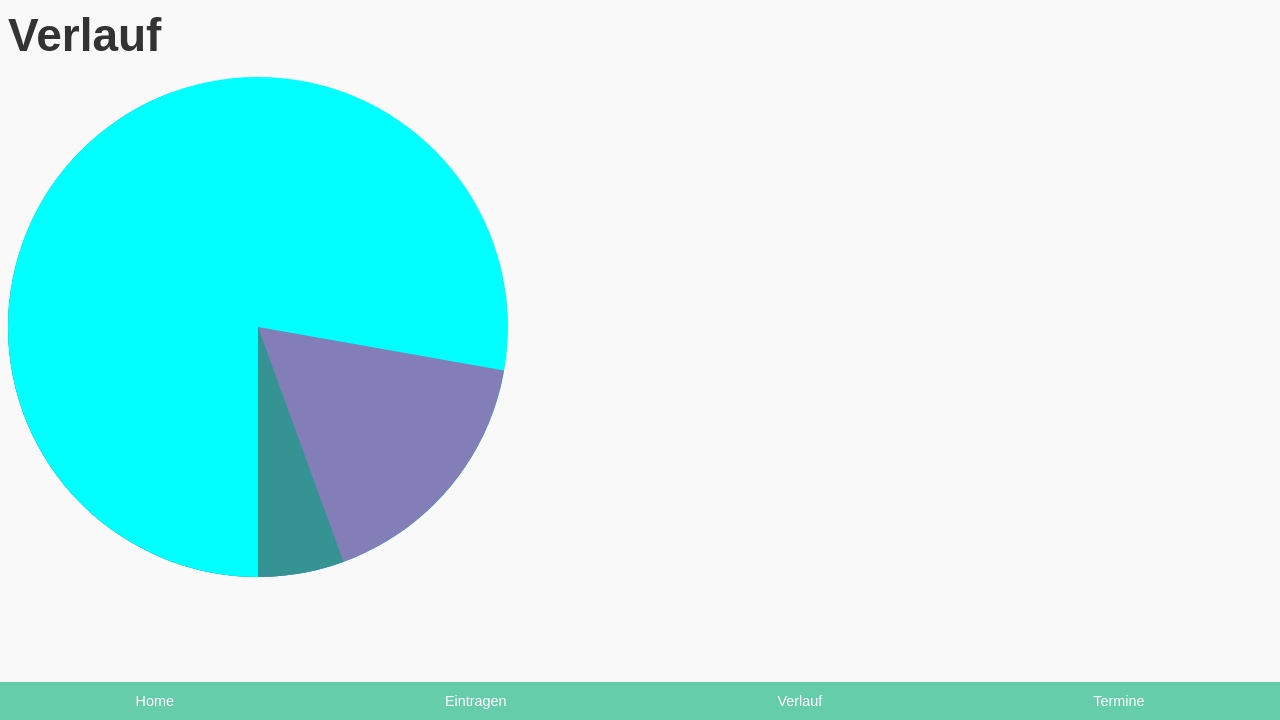
Repository: jakemoes/Pet-Tracker
Page: PWA/trend.html
The author's editor kept a copy of each file at every save. The page is drawn from the files as they stood at one save, then again after the next save.
The browser window is 1280 px wide. The pictures show the whole page.

Above is the page before, as saved 2024-12-05 01:24:52.

### PWA/trend.html
<!DOCTYPE html>
<html>
    <head>
        <meta charset="UTF-8">
        <meta name="viewport" content="width=device-width, initial-scale=1.0">
        <title>Verlauf</title>
        <link rel="stylesheet" href="trend.css">
    </head>

    </head>

    <body>
        <h1>Verlauf</h1>

        <div class="container">
            <div class="layer"></div>
            <div class="layer"></div>
            <div class="layer"></div>
            <div class="layer"></div>
        </div>


        <footer>
            <nav>
                <ul class="nav-bar">
                    <li><a href="welcome.html">Home</a></li>
                    <li><a href="#">Eintragen</a></li>
                    <li><a href="trend.html">Verlauf</a></li>
                    <li><a href="appointment.html">Termine</a></li>
                </ul>
            </nav>
        </footer>
    </body>




</html>

### PWA/trend.css

body {
    font-family: Arial, sans-serif;
    padding: 0;
    background-color: #f9f9f9;
    overflow: hidden;
}



.container {
    margin-top: 15px;
    display: flex; /* Enable flexbox */
    flex-direction: column; /* Arrange items vertically */
    justify-content: flex-start; /* Start items from the top */
    padding: 15px; /* Padding inside the container */
    width: 100%;
    box-sizing: border-box;
}

.container {
    position: relative;
    width: 500px;
    height: 500px;
    background-color: transparent;
    border-radius: 50%;
    overflow: hidden;
}


h1 {
    position: relative;
    font-size: 46px;
    text-align: left;
    margin: 0; /* Abstand entfernen */
    color: #333;
}

.layer {
    position: absolute;
    width: 100%;
    height: 100%;
    transform-origin: 0px 250px;
    left: 0;
    top: 0;
    overflow: hidden;
}

.layer::before {
    content: "";
    width: 100%;
    height: 100%;
    position: absolute;
    background-color: transparent;
    transform-origin: 0px 250px;
    top: 0;
    left: 0;
}
 .layer:nth-child(1) {
    background-color: aqua;
    transform: translateX(250px) rotate(0deg);
 }

 .layer:nth-child(1)::before {
    transform: rotate(100deg);
 }

 .layer:nth-child(2) {
    background-color: rgb(131, 125, 184);
    transform: translateX(250px) rotate(100deg);
 }

 .layer:nth-child(2)::before {
    transform: rotate(160deg);
 }

 .layer:nth-child(3) {
    background-color: rgb(54, 147, 147);
    transform: translateX(250px) rotate(160deg);
 }

 .layer:nth-child(3)::before {
    transform: rotate(180deg);
 }

 .layer:nth-child(4) {
    background-color: aqua;
    transform: translateX(250px) rotate(180deg);
 }

 .layer:nth-child(4)::before {
    transform: rotate(20deg);
 }

 footer {
    position: fixed;
    bottom: 0;
    width: 100%;
    background-color: #66cdaa;
    padding: 10px 0;
    box-shadow: 0 -1px 5px rgba(0, 0, 0, 0.1);
}


.nav-bar {
    position: fixed;
    bottom: 0;
    left: 0;
    width: 100%; /* Volle Breite des Bildschirms */
    background-color: #66cdaa; /* Sicherstellen, dass die Farbe gesetzt ist */
    display: flex;
    justify-content: space-around;
    list-style: none;
    margin: 0; /* Kein Außenabstand */
    padding: 10px 0; /* Innenabstand */
    z-index: 10;
}

.nav-bar li {
    text-align: center;
}

.nav-bar a {
    text-decoration: none;
    color: white;
    font-size: 0.9em;
}

.nav-bar a:hover {
    text-decoration: underline;
}

After the next save:
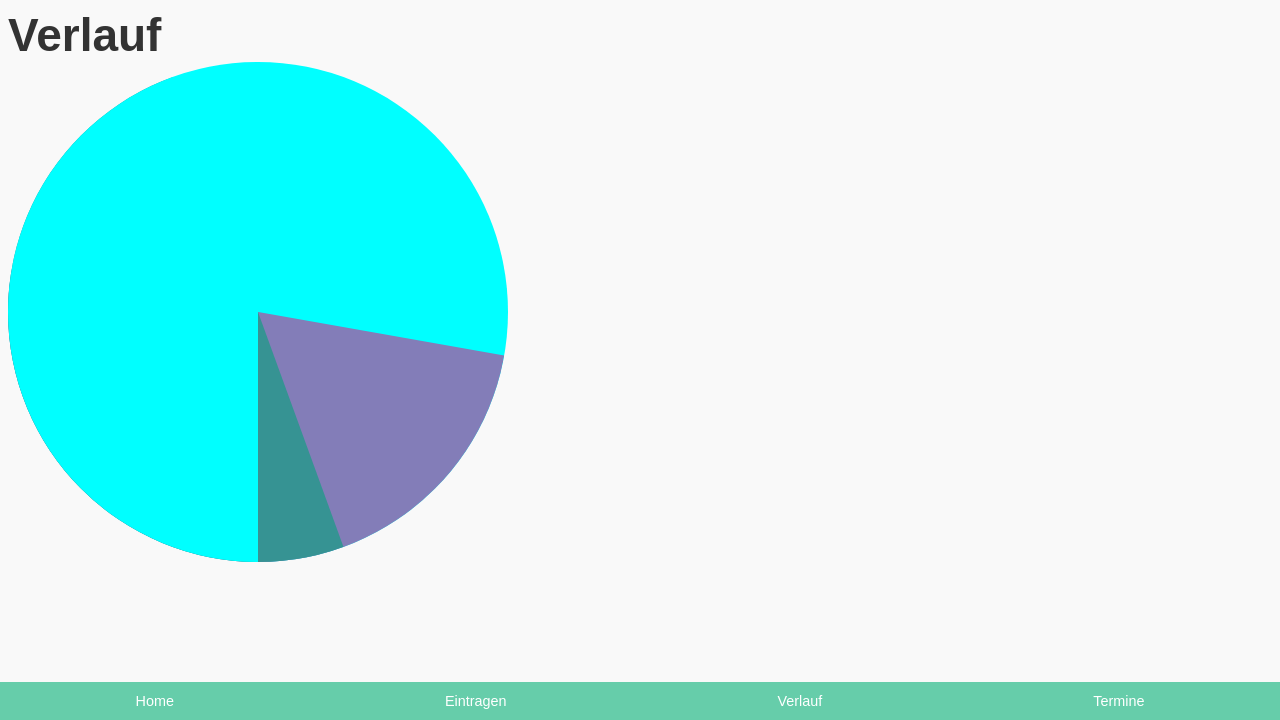
Saved 13 s later.
--- a/PWA/trend.css
+++ b/PWA/trend.css
@@ -8,15 +8,6 @@ body {
 
 
 
-.container {
-    margin-top: 15px;
-    display: flex; /* Enable flexbox */
-    flex-direction: column; /* Arrange items vertically */
-    justify-content: flex-start; /* Start items from the top */
-    padding: 15px; /* Padding inside the container */
-    width: 100%;
-    box-sizing: border-box;
-}
 
 .container {
     position: relative;
